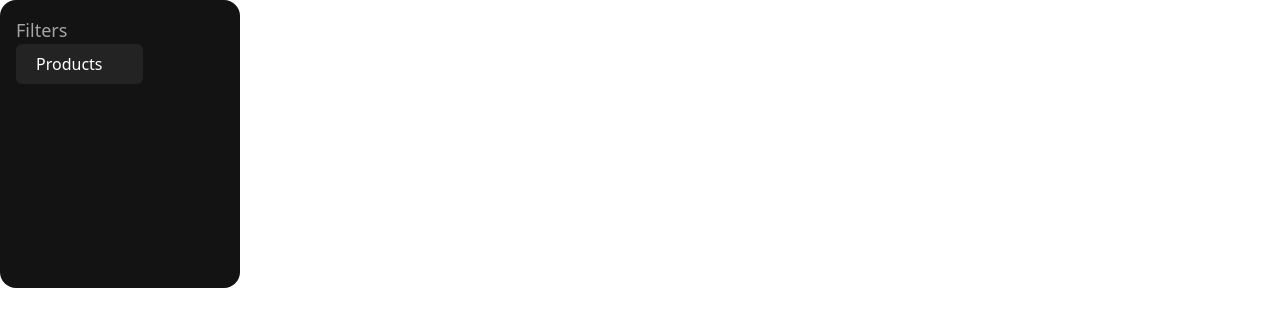
Repository: SayedJamil/Edvora-app
Page: /leftcard
An editor plug-in stored every save of this project. The page is shown before and after the next save, followed by the edit.
The browser window is 1280 px wide. The pictures show the whole page.
The project was rebuilt for these pictures with package versions that can differ from the ones it lists, and the page was loaded fresh each time. The framework's server and built-in components were replaced by stand-ins that run in the browser. Also part of the build but not shown: next.config.js.

Above is the page before, as saved 2021-12-19 16:06:51.

After the next save:
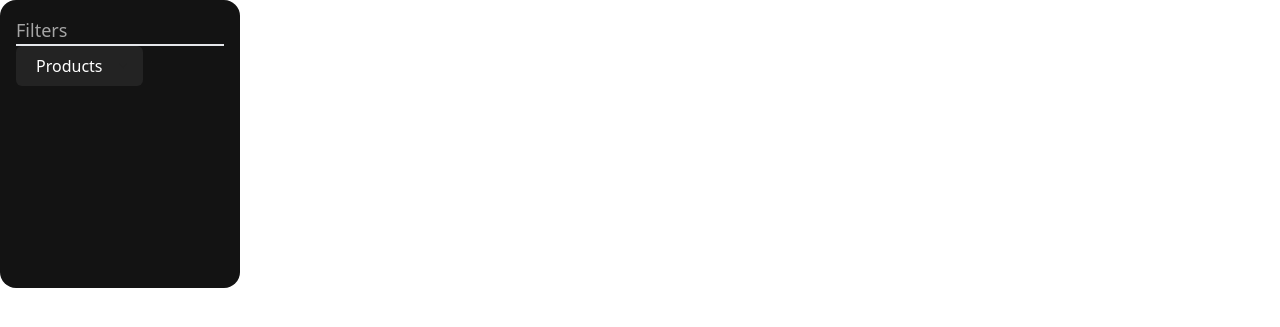
Saved 4 s later.
--- a/pages/leftcard.js
+++ b/pages/leftcard.js
@@ -2,7 +2,7 @@ function leftcard() {
     return (
         <div className="h-72 w-60 bg-[#131313] rounded-2xl p-4">
             <h3 className="text-[#A5A5A5] font-light text-lg">Filters</h3>
-            <div className="w-full bg-gray-200 h-0.25"></div>
+            <div className="w-full bg-gray-200 h-0.5"></div>
             <div class="relative inline-flex">
                 <svg class="w-2 h-2 absolute top-0 right-0 m-4 pointer-events-none" xmlns="http://www.w3.org/2000/svg" viewBox="0 0 412 232"><path d="M206 171.144L42.678 7.822c-9.763-9.763-25.592-9.763-35.355 0-9.763 9.764-9.763 25.592 0 35.355l181 181c4.88 4.882 11.279 7.323 17.677 7.323s12.796-2.441 17.678-7.322l181-181c9.763-9.764 9.763-25.592 0-35.355-9.763-9.763-25.592-9.763-35.355 0L206 171.144z" fill="#232323" fill-rule="nonzero" /></svg>
                 <select class="rounded-md h-10 pl-5 pr-10 bg-[#232323] hover:border-[#232323] focus:outline-none appearance-none outline-none text-white">
